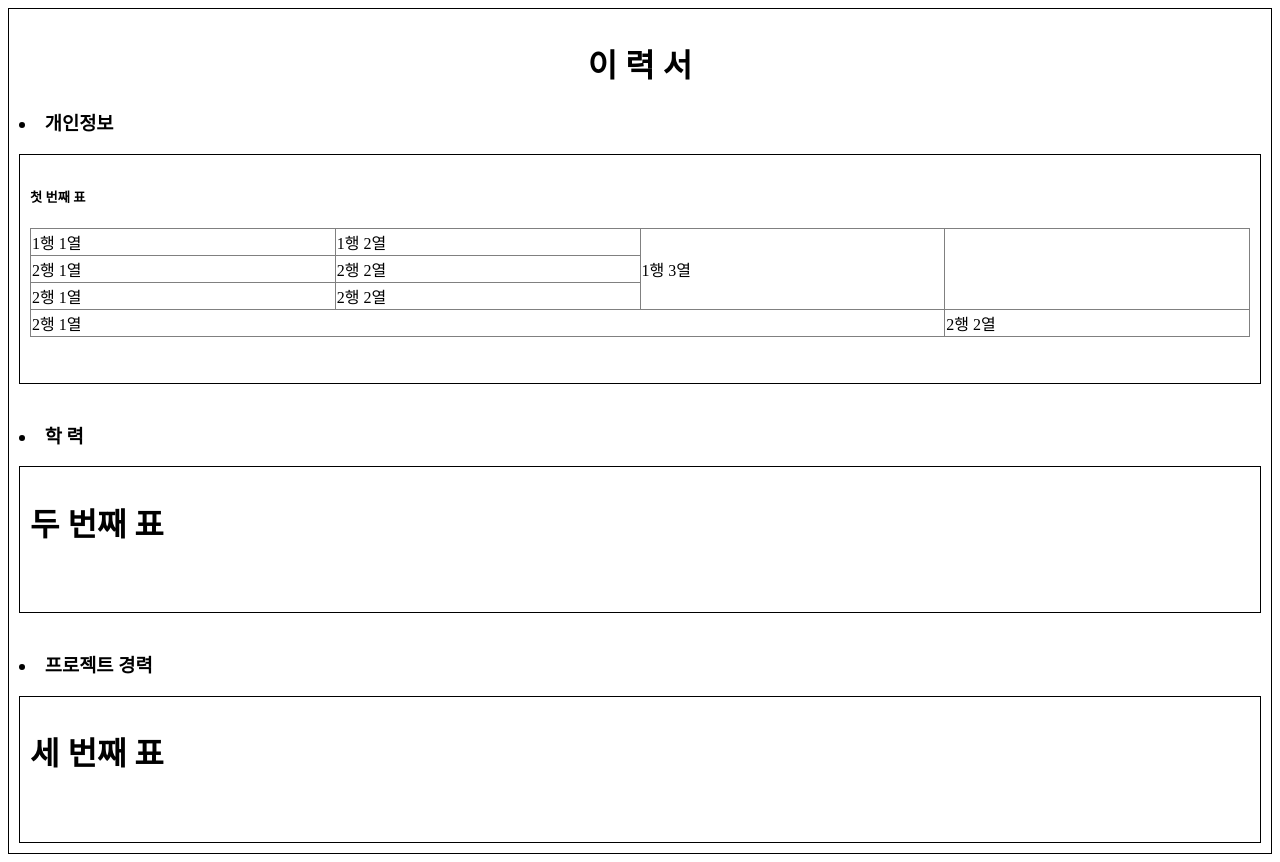
Repository: porivas/140630_Java
Page: http://localhost/web4_resume/resume.jsp
These files come from the project's save history. The page is drawn as it stood at one moment and after the next save; the edit follows.
The browser window is 1280 px wide. The pictures show the whole page.
The page is served by Tomcat 9.

Above is the page before, as saved 2014-09-25 06:07:49.

After the next save:
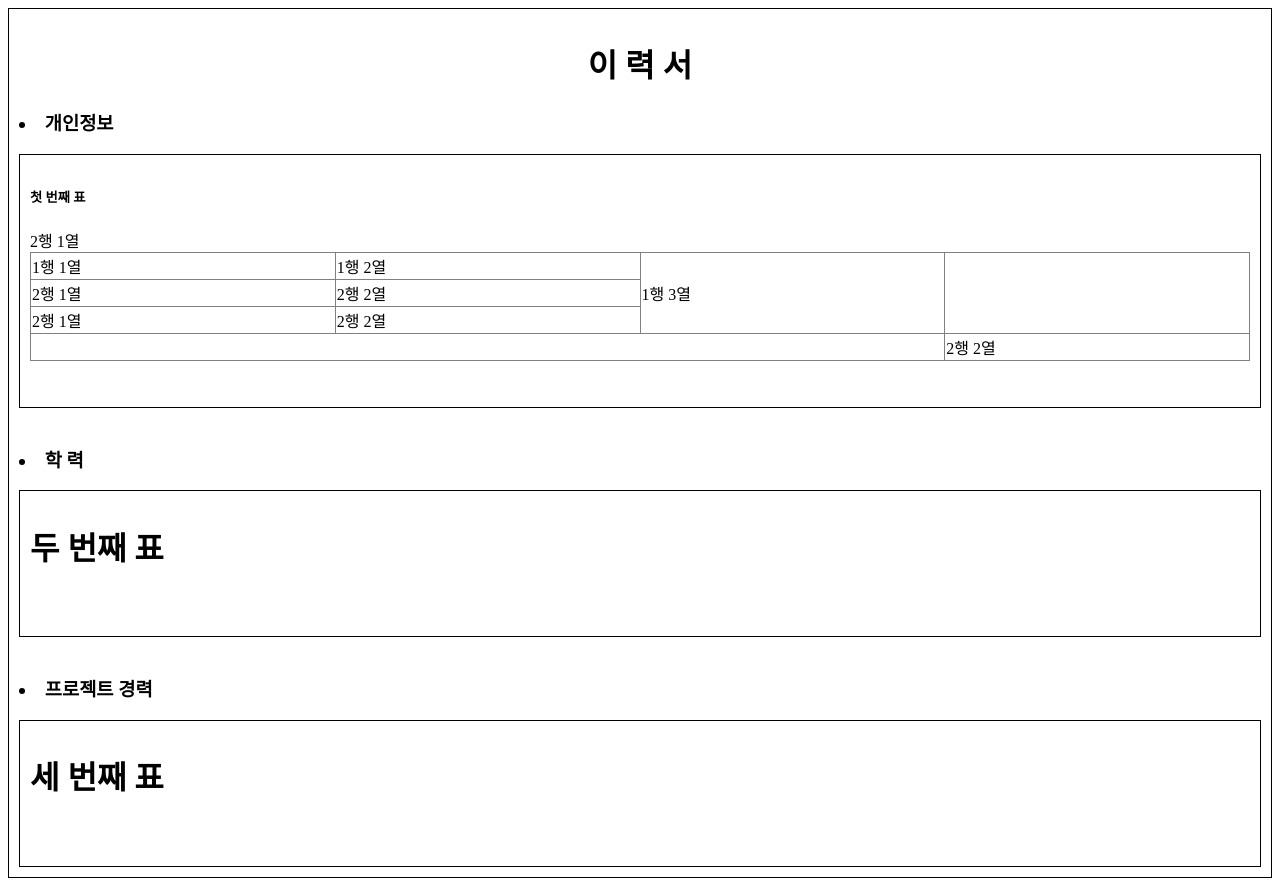
Saved 34 s later.
--- a/web4_resume/WebContent/resume.jsp
+++ b/web4_resume/WebContent/resume.jsp
@@ -29,7 +29,7 @@
 				<td> 2행 1열 </td>	<td> 2행 2열 </td>
 			</tr>
 			<tr>
-				<td  colspan=3> 2행 1열 </td>		<td> 2행 2열 </td>
+				<td  colspan=3><td> 2행 2열 </td> 2행 1열 </td>
 			</tr>
 		</table>
 		<br>
